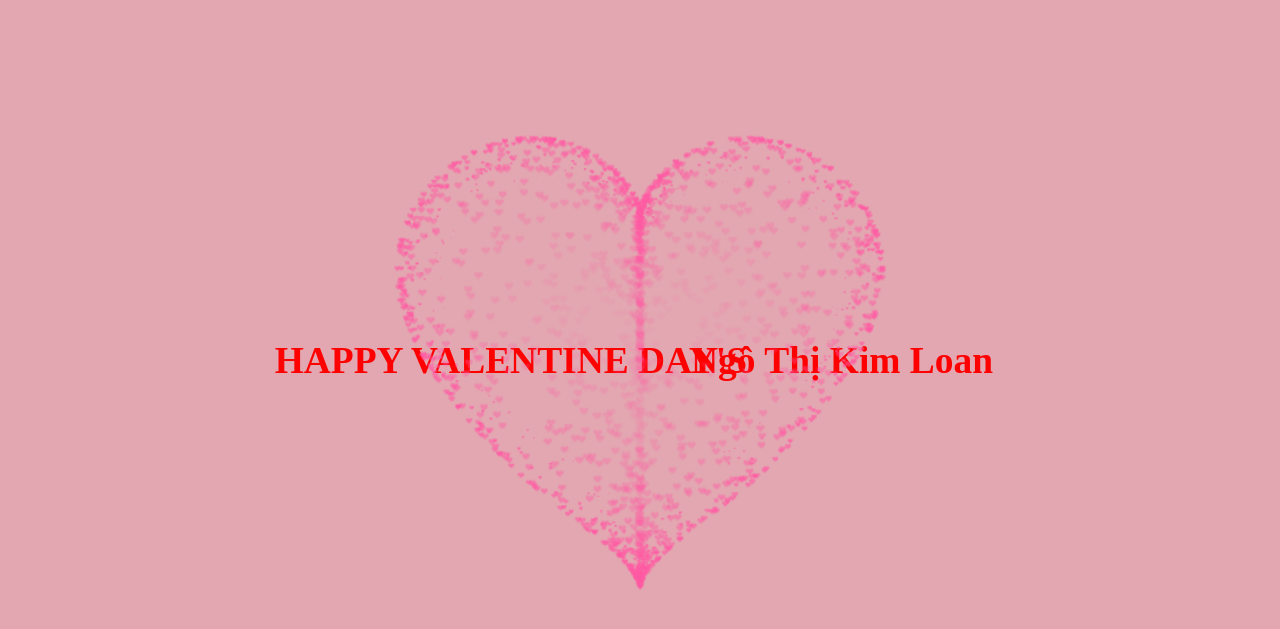
Repository: congbnvn0709/happy-valentine
Page: index.html
These files come from the project's save history. The page is drawn as it stood at one moment and after the next save; the edit follows.
The browser window is 1280 px wide. The pictures show the whole page.

Above is the page before, as saved 2023-01-30 23:24:07.

### index.html
<!DOCTYPE html PUBLIC "-//W3C//DTD HTML 4.0 Transitional//EN">
<html>
  <head>
    <title>Happy valentine day's</title>
    <meta name="Generator" content="EditPlus" />
    <meta name="Author" content="" />
    <meta name="Keywords" content="" />
    <meta name="Description" content="" />
    <link rel="stylesheet" type="text/css" href="style.css">
  </head>

  <body>
    <h1 class="title">HAPPY VALENTINE DAY'S</h1>
    <h1>Ngô Thị Kim Loan</h1>

    <div class="box">
      <canvas id="pinkboard"></canvas>
    </div>

    <script src="app.js"></script>
  </body>
</html>

### style.css
html,
body {
  height: 100%;
  padding: 0;
  margin: 0;
  background: rgb(227, 167, 177);
  display: flex;
  justify-content: center;
  align-items: center;
}

h1 {
  color: red;
}

.box {
  width: 100%;
  position: absolute;
  top: 50%;
  left: 50%;
  transform: translate(-50%, -50%);
  display: flex;
  flex-direction: column;
}

canvas {
  position: absolute;
  width: 100%;
  height: 100%;
}

#pinkboard {
  position: relative;
  margin: auto;
  height: 500px;
  width: 500px;
  animation: animate 2s infinite;
}

h1 {
  animation: animate 2s infinite;
}

#pinkboard:before,
#pinkboard:after {
  content: "";

  position: absolute;

  background: #ff5ca4;

  width: 100px;

  height: 160px;

  border-top-left-radius: 50px;

  border-top-right-radius: 50px;
}

#pinkboard:before {
  left: 100px;

  transform: rotate(-45deg);

  transform-origin: 0 100%;

  box-shadow: 0 14px 28px rgba(0, 0, 0, 0.25),
    0 10px 10px rgba(0, 0, 0, 0.22);
}

#pinkboard:after {
  left: 0;

  transform: rotate(45deg);

  transform-origin: 100% 100%;
}

@keyframes animate {
  0% {
    transform: scale(1);
  }

  30% {
    transform: scale(0.8);
  }

  60% {
    transform: scale(1.2);
  }

  100% {
    transform: scale(1);
  }
}

.title{
    color: red;
}

### app.js
var settings = {
    particles: {
      length: 2000,
      duration: 3,
      velocity: 100,
      effect: -1,
      size: 8,
    },
  };

  (function () {
    var b = 0;

    var c = ["ms", "moz", "webkit", "o"];

    for (var a = 0; a < c.length && !window.requestAnimationFrame; ++a) {
      window.requestAnimationFrame = window[c[a] + "RequestAnimationFrame"];

      window.cancelAnimationFrame =
        window[c[a] + "CancelAnimationFrame"] ||
        window[c[a] + "CancelRequestAnimationFrame"];
    }

    if (!window.requestAnimationFrame) {
      window.requestAnimationFrame = function (h, e) {
        var d = new Date().getTime();

        var f = Math.max(0, 16 - (d - b));

        var g = window.setTimeout(function () {
          h(d + f);
        }, f);

        b = d + f;

        return g;
      };
    }

    if (!window.cancelAnimationFrame) {
      window.cancelAnimationFrame = function (d) {
        clearTimeout(d);
      };
    }
  })();

  var Point = (function () {
    function Point(x, y) {
      this.x = typeof x !== "undefined" ? x : 0;

      this.y = typeof y !== "undefined" ? y : 0;
    }

    Point.prototype.clone = function () {
      return new Point(this.x, this.y);
    };

    Point.prototype.length = function (length) {
      if (typeof length == "undefined")
        return Math.sqrt(this.x * this.x + this.y * this.y);

      this.normalize();

      this.x *= length;

      this.y *= length;

      return this;
    };

    Point.prototype.normalize = function () {
      var length = this.length();

      this.x /= length;

      this.y /= length;

      return this;
    };

    return Point;
  })();

  var Particle = (function () {
    function Particle() {
      this.position = new Point();

      this.velocity = new Point();

      this.acceleration = new Point();

      this.age = 0;
    }

    Particle.prototype.initialize = function (x, y, dx, dy) {
      this.position.x = x;

      this.position.y = y;

      this.velocity.x = dx;

      this.velocity.y = dy;

      this.acceleration.x = dx * settings.particles.effect;

      this.acceleration.y = dy * settings.particles.effect;

      this.age = 0;
    };

    Particle.prototype.update = function (deltaTime) {
      this.position.x += this.velocity.x * deltaTime;

      this.position.y += this.velocity.y * deltaTime;

      this.velocity.x += this.acceleration.x * deltaTime;

      this.velocity.y += this.acceleration.y * deltaTime;

      this.age += deltaTime;
    };

    Particle.prototype.draw = function (context, image) {
      function ease(t) {
        return --t * t * t + 1;
      }

      var size = image.width * ease(this.age / settings.particles.duration);

      context.globalAlpha = 1 - this.age / settings.particles.duration;

      context.drawImage(
        image,

        this.position.x - size / 2,

        this.position.y - size / 2,

        size,

        size
      );
    };

    return Particle;
  })();

  var ParticlePool = (function () {
    var particles,
      firstActive = 0,
      firstFree = 0,
      duration = settings.particles.duration;

    function ParticlePool(length) {
      particles = new Array(length);

      for (var i = 0; i < particles.length; i++)
        particles[i] = new Particle();
    }

    ParticlePool.prototype.add = function (x, y, dx, dy) {
      particles[firstFree].initialize(x, y, dx, dy);

      firstFree++;

      if (firstFree == particles.length) firstFree = 0;

      if (firstActive == firstFree) firstActive++;

      if (firstActive == particles.length) firstActive = 0;
    };

    ParticlePool.prototype.update = function (deltaTime) {
      var i;

      if (firstActive < firstFree) {
        for (i = firstActive; i < firstFree; i++)
          particles[i].update(deltaTime);
      }

      if (firstFree < firstActive) {
        for (i = firstActive; i < particles.length; i++)
          particles[i].update(deltaTime);

        for (i = 0; i < firstFree; i++) particles[i].update(deltaTime);
      }

      while (
        particles[firstActive].age >= duration &&
        firstActive != firstFree
      ) {
        firstActive++;

        if (firstActive == particles.length) firstActive = 0;
      }
    };

    ParticlePool.prototype.draw = function (context, image) {
      if (firstActive < firstFree) {
        for (i = firstActive; i < firstFree; i++)
          particles[i].draw(context, image);
      }

      if (firstFree < firstActive) {
        for (i = firstActive; i < particles.length; i++)
          particles[i].draw(context, image);

        for (i = 0; i < firstFree; i++) particles[i].draw(context, image);
      }
    };

    return ParticlePool;
  })();

  (function (canvas) {
    var context = canvas.getContext("2d"),
      particles = new ParticlePool(settings.particles.length),
      particleRate =
        settings.particles.length / settings.particles.duration,
      time;

    function pointOnHeart(t) {
      return new Point(
        160 * Math.pow(Math.sin(t), 3),

        130 * Math.cos(t) -
          50 * Math.cos(2 * t) -
          20 * Math.cos(3 * t) -
          10 * Math.cos(4 * t) +
          25
      );
    }

    var image = (function () {
      var canvas = document.createElement("canvas"),
        context = canvas.getContext("2d");

      canvas.width = settings.particles.size;

      canvas.height = settings.particles.size;

      function to(t) {
        var point = pointOnHeart(t);

        point.x =
          settings.particles.size / 2 +
          (point.x * settings.particles.size) / 350;

        point.y =
          settings.particles.size / 2 -
          (point.y * settings.particles.size) / 350;

        return point;
      }

      context.beginPath();

      var t = -Math.PI;

      var point = to(t);

      context.moveTo(point.x, point.y);

      while (t < Math.PI) {
        t += 0.01;

        point = to(t);

        context.lineTo(point.x, point.y);
      }

      context.closePath();

      context.fillStyle = "#FF5CA4";

      context.fill();

      var image = new Image();

      image.src = canvas.toDataURL();

      return image;
    })();

    function render() {
      requestAnimationFrame(render);

      var newTime = new Date().getTime() / 1000,
        deltaTime = newTime - (time || newTime);

      time = newTime;

      context.clearRect(0, 0, canvas.width, canvas.height);

      var amount = particleRate * deltaTime;

      for (var i = 0; i < amount; i++) {
        var pos = pointOnHeart(Math.PI - 2 * Math.PI * Math.random());

        var dir = pos.clone().length(settings.particles.velocity);

        particles.add(
          canvas.width / 2 + pos.x,

          canvas.height / 2 - pos.y,

          dir.x,

          -dir.y
        );
      }

      particles.update(deltaTime);

      particles.draw(context, image);
    }

    function onResize() {
      canvas.width = canvas.clientWidth;

      canvas.height = canvas.clientHeight;
    }

    window.onresize = onResize;

    setTimeout(function () {
      onResize();

      render();
    }, 10);
  })(document.getElementById("pinkboard"));

After the next save:
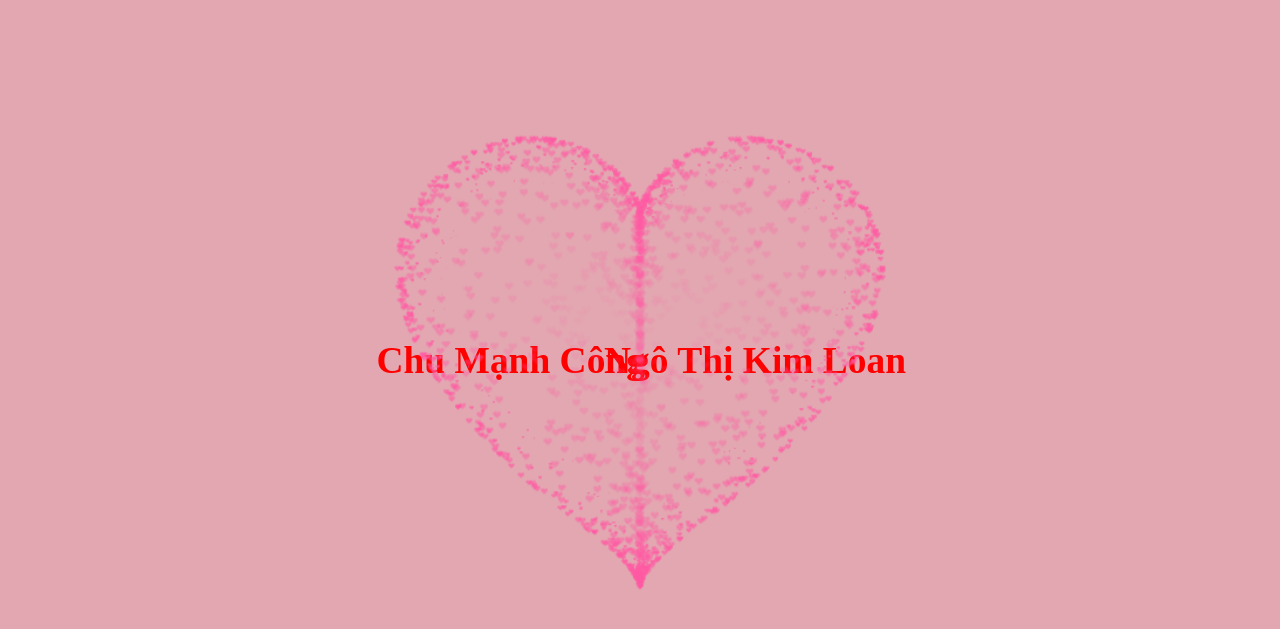
Saved 36 s later.
--- a/index.html
+++ b/index.html
@@ -10,7 +10,7 @@
   </head>
 
   <body>
-    <h1 class="title">HAPPY VALENTINE DAY'S</h1>
+    <h1>Chu Mạnh Công</h1>
     <h1>Ngô Thị Kim Loan</h1>
 
     <div class="box">
